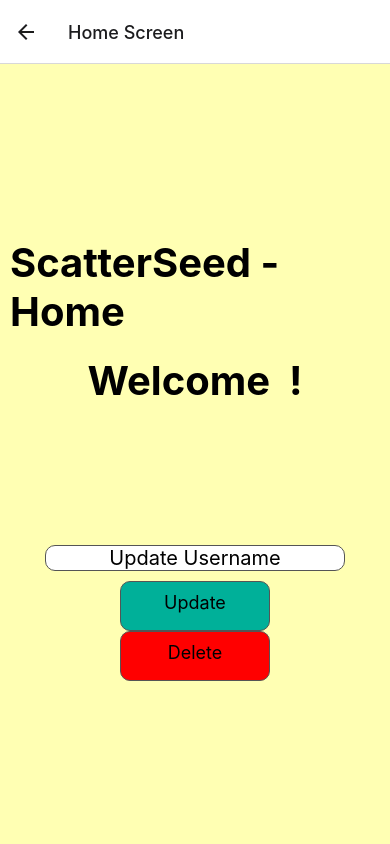
Repository: Curraje/scatter-seed-app
Screen: /Home
An editor plug-in stored every save of this project. The screen is shown before and after the next save, followed by the edit.
The app was drawn by React Native's web renderer in a window 390 px wide. The project was rebuilt for these pictures with package versions that can differ from the ones it lists, and the page was loaded fresh each time. Some packages were replaced by stand-ins written for this rebuild.

Above is the screen before, as saved 2022-03-06 14:27:46.

### index.js
import App from "./src/App";
import { registerRootComponent } from "expo";

// Main Entry Point for App
registerRootComponent(App);

### src/App.tsx
import React from "react";
//import { StatusBar } from "expo-status-bar";
// import { StyleSheet } from "react-native";
// import Header from "./components/Header";
// import CustomButton from "./components/CustomButton";
import { NavigationContainer } from "@react-navigation/native";
// import { createBottomTabNavigator } from "@react-navigation/bottom-tabs";
// import { createMaterialBottomTabNavigator } from "@react-navigation/material-bottom-tabs";
//import { createMaterialTopTabNavigator } from "@react-navigation/material-top-tabs";
//import { createDrawerNavigator } from "@react-navigation/drawer";
import { createNativeStackNavigator } from "@react-navigation/native-stack";
import FontAwesome5 from "react-native-vector-icons/FontAwesome5";
import Login from "./screens/Login";
import Home from "./screens/Home";

// const Tab = createBottomTabNavigator();
// const Tab = createMaterialBottomTabNavigator();
//const Tab = createMaterialTopTabNavigator();
//const Drawer = createDrawerNavigator();
const Stack = createNativeStackNavigator();

export default function App() {
  return (
    <NavigationContainer>
      <Stack.Navigator
        initialRouteName="Login"
        screenOptions={{  }}

      >
        <Stack.Screen
          name="Home"
          component={Home}
          options={{
            title: "Home Screen",
          }}
        />
        <Stack.Screen
          name="Login"
          component={Login}
          options={{
            title: "Login Screen",
            headerShown: false,
          }}
          initialParams={{ItemName:"Item from Drawer", ItemId: 1}}
        />
      </Stack.Navigator>
    </NavigationContainer>
  );
}

### src/screens/Login.tsx
/* eslint-disable indent */
import React, { useEffect, useState } from "react";
import { View, StyleSheet, Image, Text, TextInput, Alert } from "react-native";
import CustomButton from "../utils/CustomButton";
import AsyncStorage from "@react-native-async-storage/async-storage";

// eslint-disable-next-line @typescript-eslint/no-explicit-any
export default function Login({ navigation }: any) {
    const [name, setName]=useState("");

    useEffect(() => {
        getData();
      }, []);

      const getData = () => {
        try {
          AsyncStorage.getItem("UserName")
            .then(value => {
              if (value != null) {
                navigation.navigate("Home");
              }
            }
            );
        } catch (error) {
          console.log(error);
        }
      };

    const setData = async () => {
      if (name.length < 1) {
        Alert.alert("Warning!", "Please enter a username");
      } else {
          try {
            await AsyncStorage.setItem("UserName", name);
            navigation.navigate("Home");
          } catch (error) {
            console.log(error);
          }
      }
    };

  return (
    <View
      style={styles.loginBody}
    >
      <Image
        style={styles.loginImage}
        source={require("../../assets/bruce.png")}
      />
      <Text style={styles.loginText}>Async Storage</Text>
      <TextInput
        style={styles.loginInput}
        placeholder="Username"
        onChangeText={(value) => setName(value)}
      />
      <CustomButton
        title="Login"
        regular_color="#1eb900"
        pressed_color="#1eb999"
        onPressFunction={setData}
      />
    </View>
  );
}

const styles = StyleSheet.create({
  loginBody: {
    flex: 1,
    alignItems: "center",
    backgroundColor: "#0080ff",
  },
  loginImage: {
      width:100,
      height: 100,
      margin: 20,
      resizeMode: "contain"
  },
  loginText: {
      fontSize: 35,
      fontWeight: "bold",
  },
  loginInput: {
    width: 300,
    borderWidth: 1,
    borderColor: "#555",
    borderRadius: 10,
    backgroundColor: "#ffffff",
    textAlign: "center",
    fontSize: 20,
    marginTop: 130,
    marginBottom: 10,
  },
});

### src/screens/Home.tsx
import React, { useEffect, useState } from "react";
//import { StatusBar } from "expo-status-bar";
import { Alert, StyleSheet, Text, TextInput, View } from "react-native";
import AsyncStorage from "@react-native-async-storage/async-storage";
import CustomButton from "../utils/CustomButton";
import GlobalStyles from "../utils/GlobalStyles";


// eslint-disable-next-line @typescript-eslint/no-explicit-any
export default function Home({ navigation, route }: any) {

  const [name, setName] = useState("");

  useEffect(() => {
    getData();
  }, []);

  const getData = () => {
    try {
      AsyncStorage.getItem("UserName")
        .then(value => {
          if (value != null) {
            setName(value);
          }
        }
        );
    } catch (error) {
      console.log(error);
    }
  };

  const updateData = async () => {
    if (name.length < 1) {
      Alert.alert("Warning!", "Please enter a username");
    } else {
      try {
        await AsyncStorage.setItem("UserName", name);
        Alert.alert("Success!", "Your name has been updated.");
      } catch (error) {
        console.log(error);
      }
    }
  };

  const removeData = async () => {
    try {
      await AsyncStorage.removeItem("UserName");
      navigation.navigate("Login");
    } catch (error) {
      console.log(error);
    }
  };

  return (
    <View style={[GlobalStyles.body]}>
      <Text style={[GlobalStyles.text]}>ScatterSeed - Home</Text>
      <Text style={[GlobalStyles.text]}>Welcome {name} !</Text>
      <TextInput
        style={styles.updateInput}
        placeholder="Update Username"
        value={name}
        onChangeText={(value) => setName(value)}
      />
      <CustomButton
        title="Update"
        regular_color="#00b099"
        pressed_color="#1eb000"
        onPressFunction={updateData}
      />
      <CustomButton
        title="Delete"
        regular_color="red"
        pressed_color=""
        onPressFunction={updateData}
      />
    </View>
  );
}

const styles = StyleSheet.create({
  updateBody: {
    flex: 1,
    alignItems: "center",
    backgroundColor: "#0080ff",
  },
  updateImage: {
    width:100,
    height: 100,
    margin: 20,
    resizeMode: "contain"
  },
  updateText: {
    fontSize: 35,
    fontWeight: "bold",
  },
  updateInput: {
    width: 300,
    borderWidth: 1,
    borderColor: "#555",
    borderRadius: 10,
    backgroundColor: "#ffffff",
    textAlign: "center",
    fontSize: 20,
    marginTop: 130,
    marginBottom: 10,
  },
});

### src/utils/CustomButton.tsx
import React from "react";
import { Pressable, StyleSheet, Text } from "react-native";

// eslint-disable-next-line @typescript-eslint/no-explicit-any
const CustomButton = (props: any) => {
  return (
    <Pressable
      onPress={props.onPressFunction}
      hitSlop={{ top: 10, bottom: 10, right: 10, left: 10 }}
      android_ripple={{ color: "#00f" }}
      style={({ pressed }) => [
        { backgroundColor: pressed ? props.pressed_color : props.regular_color },
        styles.button,
        { ...props.style },
      ]}
    >
      <Text style={styles.text}>{props.title}</Text>
    </Pressable>
  );
};

const styles = StyleSheet.create({
  text: {
    color: "#000000",
    fontSize: 18,
    margin: 10,
    textAlign: "center",
  },
  button: {
    width: 150,
    height: 50,
    alignItems: "center",
    borderWidth: 1,
    borderColor: "#555",
    borderRadius: 10,
  },
});

export default CustomButton;

### src/utils/GlobalStyles.tsx
import { StyleSheet } from "react-native";

export default StyleSheet.create({
  body: {
    flex: 1,
    justifyContent: "center",
    alignItems: "center",
    backgroundColor: "#ffffb3",
  },
  text: {
    fontSize: 40,
    fontWeight: "bold",
    margin: 10,
  },
});

After the next save:
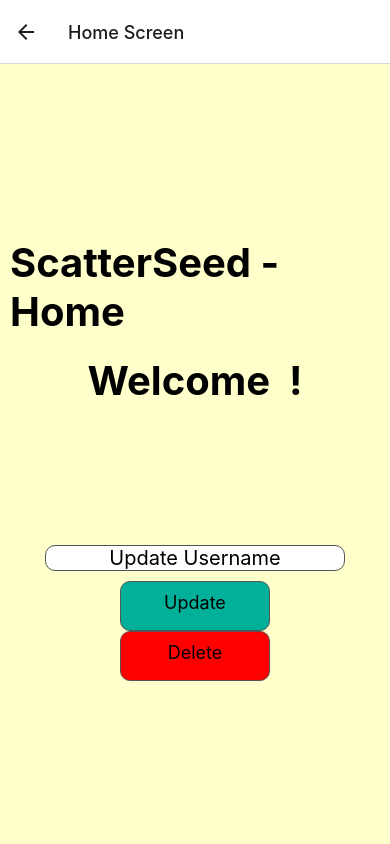
Saved 15 s later.
--- a/src/utils/GlobalStyles.tsx
+++ b/src/utils/GlobalStyles.tsx
@@ -5,7 +5,7 @@ export default StyleSheet.create({
     flex: 1,
     justifyContent: "center",
     alignItems: "center",
-    backgroundColor: "#ffffb3",
+    backgroundColor: "#ffffcc",
   },
   text: {
     fontSize: 40,
